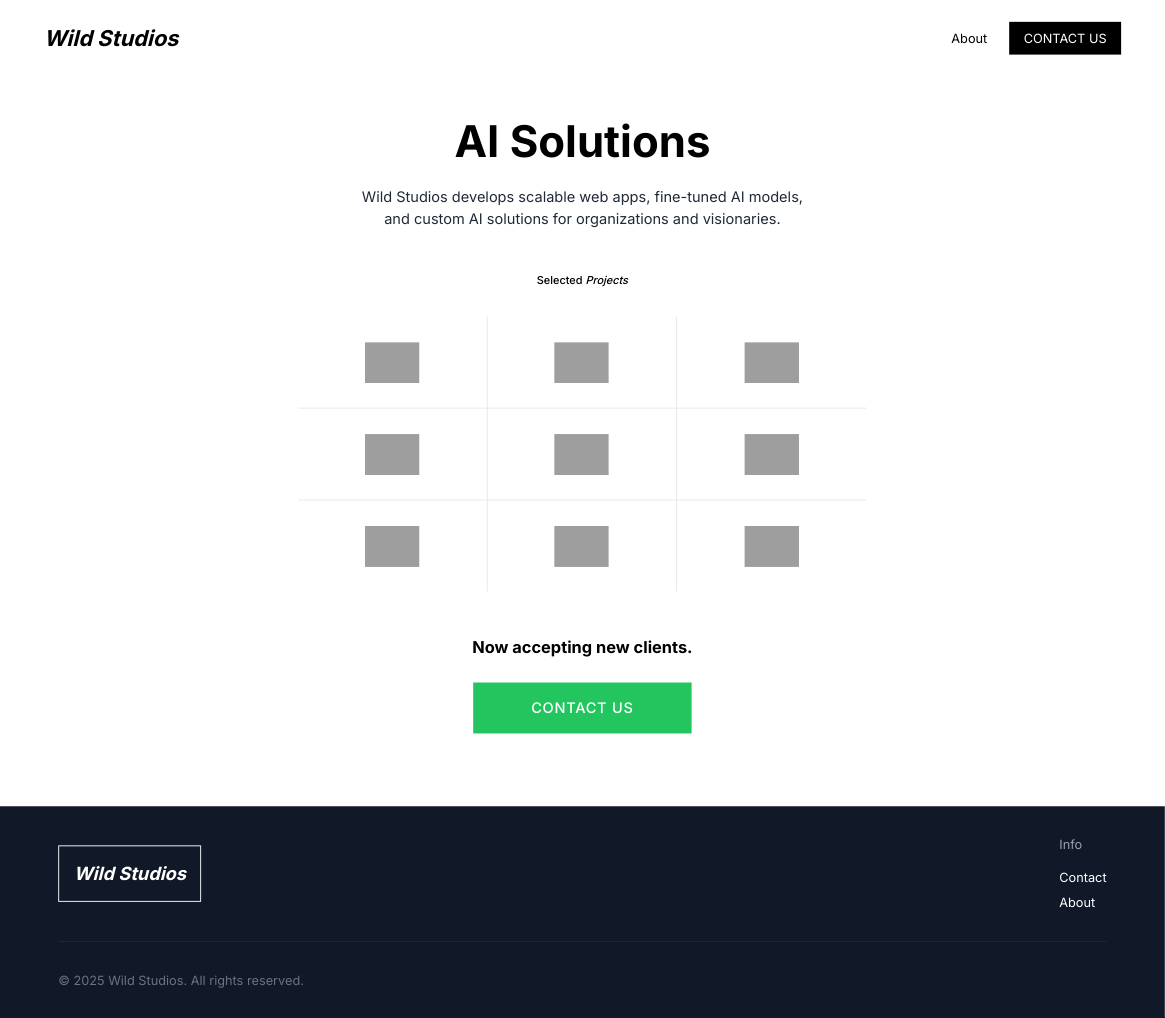
Repository: wpulier/wildstudio
Page: /
An editor plug-in stored every save of this project. The page is shown before and after the next save, followed by the edit.
The browser window is 1280 px wide. The pictures show the whole page, at 91% of full size.
Pictures or frames that could not be fetched are drawn as grey boxes. The project was rebuilt for these pictures with package versions that can differ from the ones it lists, and the page was loaded fresh each time. The framework's server and built-in components were replaced by stand-ins that run in the browser. Also part of the build but not shown: next.config.mjs.

Above is the page before, as saved 2025-03-01 14:18:58.

### src/app/layout.tsx
import type { Metadata } from "next";
import { Inter } from "next/font/google";
import "./globals.css";
import Footer from "./components/Footer";
import Navigation from "./components/Navigation";

const inter = Inter({ subsets: ["latin"] });

export const metadata: Metadata = {
  title: "Wild Studios | Design for the Digital Age",
  description: "Wild Studios designs products for the future. From digital interfaces to brand identities to immersive apps.",
};

export default function RootLayout({
  children,
}: Readonly<{
  children: React.ReactNode;
}>) {
  return (
    <html lang="en">
      <body className={inter.className}>
        <div className="flex flex-col min-h-screen">
          <Navigation />
          <main className="flex-grow mb-8">
            {children}
          </main>
          <Footer />
        </div>
      </body>
    </html>
  );
}

### src/app/page.tsx
import Link from 'next/link';
import { projects } from '@/data/projects';

export default function Home() {
  return (
    <>
      {/* Hero Section */}
      <section className="flex flex-col items-center justify-center text-center px-4 mt-8 md:mt-12">
        <h1 className="text-3xl md:text-5xl font-bold max-w-3xl">
          AI Solutions
        </h1>

        <p className="mt-4 md:mt-6 max-w-2xl text-center text-sm md:text-base text-gray-800">
          Wild Studios develops scalable web apps, fine-tuned AI models,<br />
          and custom AI solutions for organizations and visionaries.
        </p>
      </section>

      {/* Projects Grid Section */}
      <section className="px-4 md:px-6 py-12 mx-auto w-full max-w-2xl">
        <h2 className="text-xs font-medium text-center mb-8">
          Selected <span className="italic">Projects</span>
        </h2>

        {/* Project Grid */}
        <div className="mx-auto mb-12">
          <div className="grid grid-cols-3 mx-auto">
            {projects.map((project, index) => {
              const isRightBorder = index % 3 !== 2;
              const isBottomBorder = index < 6;

              return (
                <Link
                  key={index}
                  href={`/projects/${project.slug}`}
                  className={`
                    block
                    ${isRightBorder ? 'border-r border-gray-200' : ''}
                    ${isBottomBorder ? 'border-b border-gray-200' : ''}
                  `}
                >
                  <div className="h-[100px] w-full flex justify-center items-center group">
                    <img
                      src={project.logo}
                      alt={project.name}
                      className="w-[45%] h-[45%] object-contain transition-transform duration-200
                               group-hover:scale-110"
                    />
                  </div>
                </Link>
              );
            })}
          </div>
        </div>

        {/* CTA Section - Integrated with Projects section */}
        <div className="text-center mt-8">
          <p className="mb-6 font-bold text-lg">Now accepting new clients.</p>
          <Link
            href="/contact"
            className="inline-block bg-[#22c55e] hover:bg-[#16a34a] text-white py-4 px-16 uppercase tracking-wider text-base font-medium transition-colors duration-200"
          >
            CONTACT US
          </Link>
        </div>
      </section>
    </>
  );
}

### src/app/globals.css
@tailwind base;
@tailwind components;
@tailwind utilities;

:root {
  --foreground-rgb: 0, 0, 0;
  --background-rgb: 255, 255, 255;
}

body {
  color: rgb(var(--foreground-rgb));
  background: rgb(var(--background-rgb));
}

a {
  transition: color 0.2s ease;
}

button {
  transition: opacity 0.2s ease;
}

button:hover {
  opacity: 0.9;
}

### src/app/components/Footer.tsx
import Link from 'next/link';

export default function Footer() {
  return (
    <footer className="bg-gray-900 text-white py-6 md:py-8 px-4 md:px-12">
      <div className="max-w-6xl mx-auto">
        <div className="flex flex-col md:flex-row md:justify-between md:items-center">
          {/* Logo */}
          <div className="mb-6 md:mb-0">
            <div className="border border-white p-3 md:p-4 inline-block">
              <span className="text-lg md:text-xl italic font-bold">Wild Studios</span>
            </div>
          </div>

          {/* Simplified Navigation */}
          <div>
            <h4 className="text-xs md:text-sm text-gray-400 mb-2 md:mb-4">Info</h4>
            <ul className="space-y-1 md:space-y-2 text-sm">
              <li><Link href="/contact" className="hover:underline">Contact</Link></li>
              <li><Link href="/about" className="hover:underline">About</Link></li>
            </ul>
          </div>
        </div>

        <div className="mt-6 md:mt-8 pt-4 md:pt-8 border-t border-gray-800 text-xs md:text-sm text-gray-500">
          © {new Date().getFullYear()} Wild Studios. All rights reserved.
        </div>
      </div>
    </footer>
  );
}

### src/app/components/Navigation.tsx
import Link from 'next/link';

export default function Navigation() {
  return (
    <header className="flex justify-between items-center py-4 md:py-6 px-4 md:px-12">
      <Link href="/" className="text-xl md:text-2xl font-bold italic">
        Wild Studios
      </Link>
      <nav className="flex items-center space-x-3 md:space-x-6">
        <Link href="/about" className="text-sm hover:underline">About</Link>
        <Link href="/contact" className="text-sm bg-black text-white px-3 py-1.5 md:px-4 md:py-2">
          CONTACT US
        </Link>
      </nav>
    </header>
  );
}

### src/data/projects.ts
export interface Project {
  name: string;
  slug: string;
  logo: string;
  description: string;
}

export const projects: Project[] = [
  {
    name: "Spotify",
    slug: "spotify",
    logo: "https://upload.wikimedia.org/wikipedia/commons/thumb/8/84/Spotify_icon.svg/232px-Spotify_icon.svg.png",
    description: "Redesigning the listening experience"
  },
  {
    name: "Adobe",
    slug: "adobe",
    logo: "https://upload.wikimedia.org/wikipedia/commons/thumb/8/8d/Adobe_Corporate_Logo.png/220px-Adobe_Corporate_Logo.png",
    description: "Reimagining creative tools"
  },
  {
    name: "Tesla",
    slug: "tesla",
    logo: "https://upload.wikimedia.org/wikipedia/commons/thumb/b/bd/Tesla_Motors.svg/220px-Tesla_Motors.svg.png",
    description: "Future of automotive interfaces"
  },
  {
    name: "Airbnb",
    slug: "airbnb",
    logo: "https://upload.wikimedia.org/wikipedia/commons/thumb/6/69/Airbnb_Logo_B%C3%A9lo.svg/220px-Airbnb_Logo_B%C3%A9lo.svg.png",
    description: "Revolutionizing travel experiences"
  },
  {
    name: "Apple",
    slug: "apple",
    logo: "https://upload.wikimedia.org/wikipedia/commons/thumb/f/fa/Apple_logo_black.svg/220px-Apple_logo_black.svg.png",
    description: "Designing next-gen devices"
  },
  {
    name: "Slack",
    slug: "slack",
    logo: "https://upload.wikimedia.org/wikipedia/commons/thumb/d/d5/Slack_icon_2019.svg/220px-Slack_icon_2019.svg.png",
    description: "Transforming workplace communication"
  },
  {
    name: "Netflix",
    slug: "netflix",
    logo: "https://upload.wikimedia.org/wikipedia/commons/thumb/0/08/Netflix_2015_logo.svg/220px-Netflix_2015_logo.svg.png",
    description: "Reimagining streaming experiences"
  },
  {
    name: "Google",
    slug: "google",
    logo: "https://upload.wikimedia.org/wikipedia/commons/thumb/2/2f/Google_2015_logo.svg/220px-Google_2015_logo.svg.png",
    description: "Creating the search of tomorrow"
  },
  {
    name: "Twitter",
    slug: "twitter",
    logo: "https://upload.wikimedia.org/wikipedia/commons/thumb/6/6f/Logo_of_Twitter.svg/220px-Logo_of_Twitter.svg.png",
    description: "Redefining social conversations"
  }
];

### tailwind.config.js
/** @type {import('tailwindcss').Config} */
module.exports = {
  content: [
    "./src/app/**/*.{js,ts,jsx,tsx}",
    "./src/pages/**/*.{js,ts,jsx,tsx}",
    "./src/components/**/*.{js,ts,jsx,tsx}",
  ],
  theme: {
    extend: {},
  },
  plugins: [],
}

After the next save:
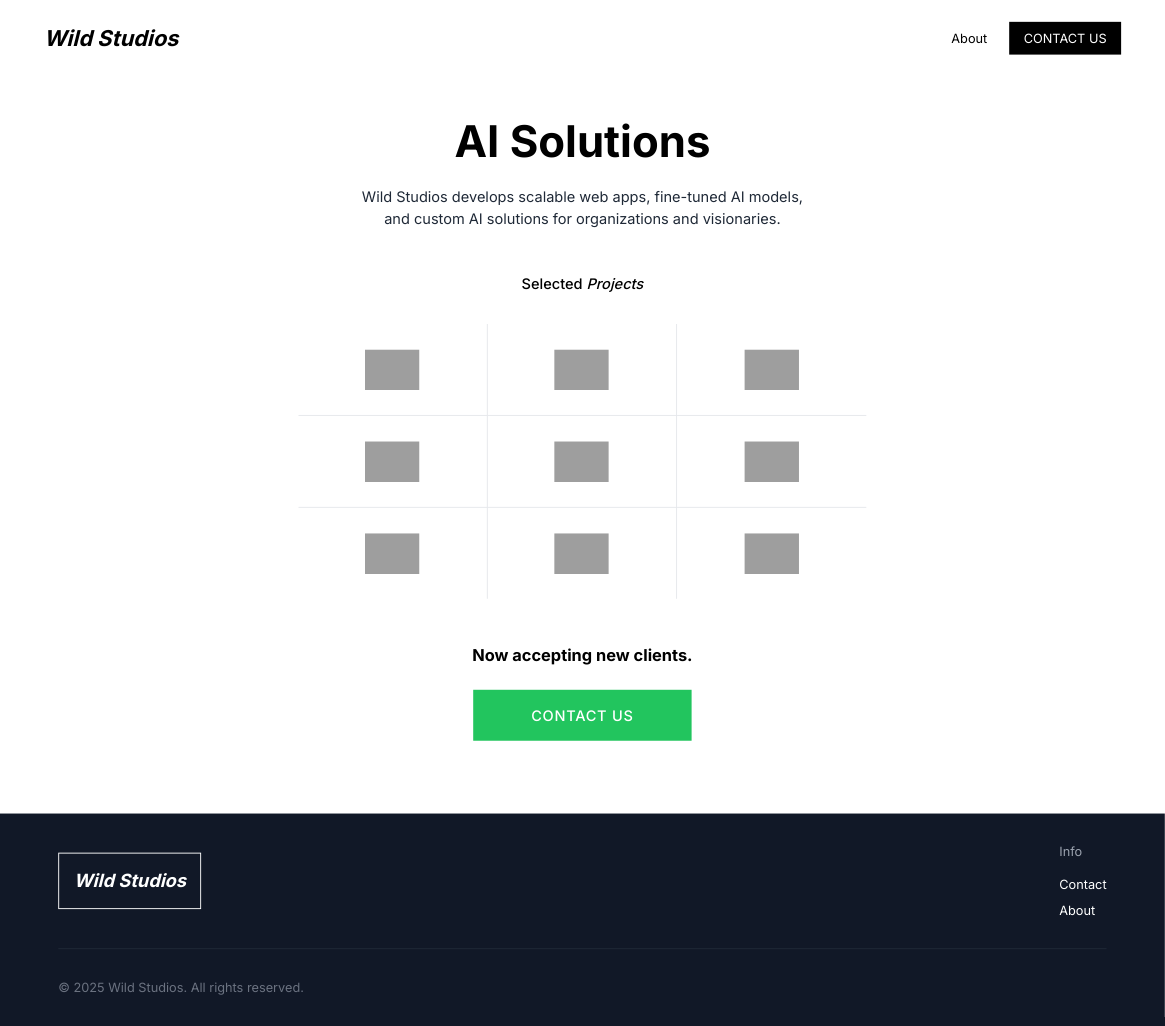
Saved 5 min 2 s later.
--- a/src/app/page.tsx
+++ b/src/app/page.tsx
@@ -18,7 +18,7 @@
 
       {/* Projects Grid Section */}
       <section className="px-4 md:px-6 py-12 mx-auto w-full max-w-2xl">
-        <h2 className="text-xs font-medium text-center mb-8">
+        <h2 className="text-s font-medium text-center mb-8">
           Selected <span className="italic">Projects</span>
         </h2>
 

After the save that followed:
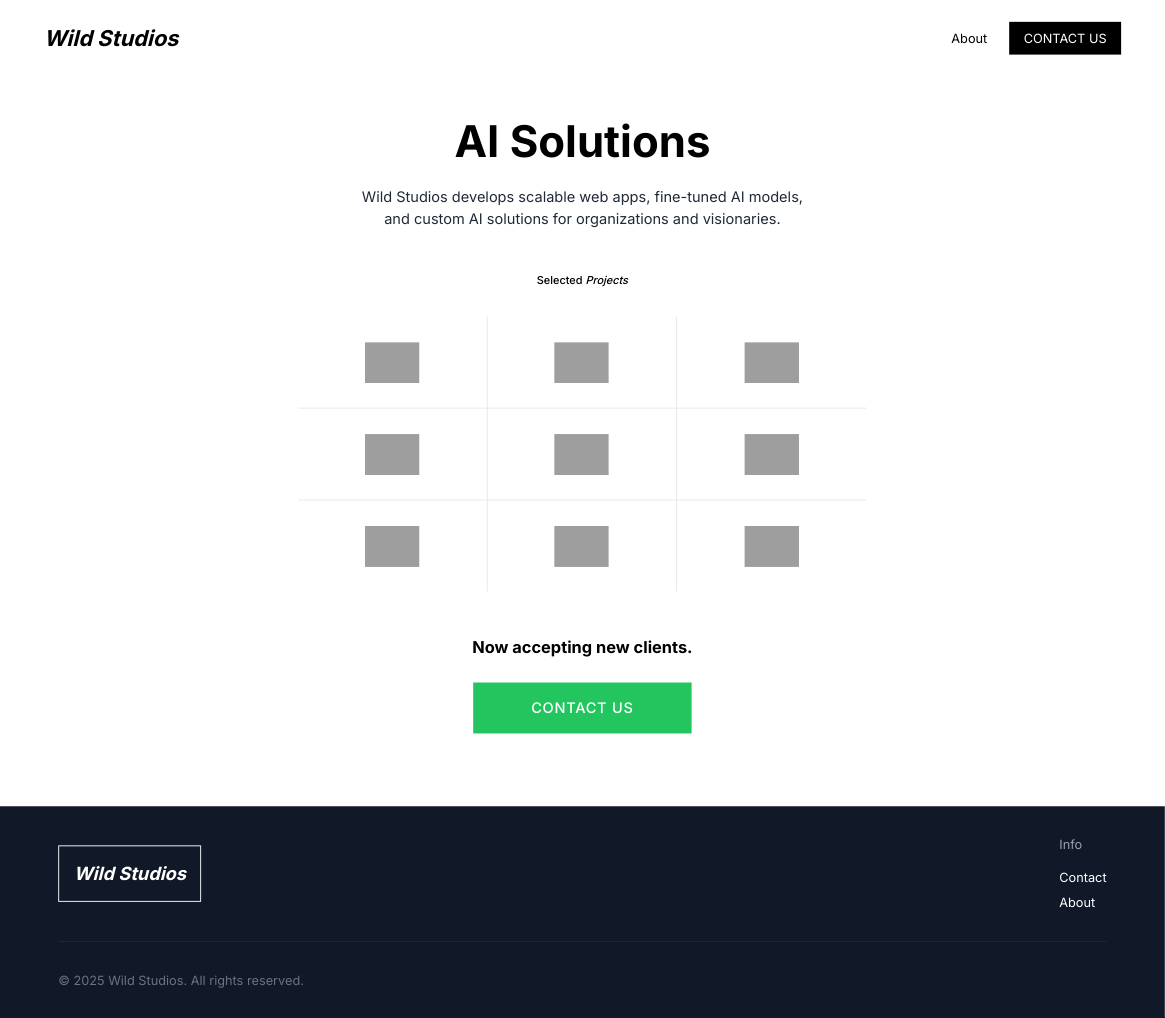
Saved 25 s later.
--- a/src/app/page.tsx
+++ b/src/app/page.tsx
@@ -18,7 +18,7 @@
 
       {/* Projects Grid Section */}
       <section className="px-4 md:px-6 py-12 mx-auto w-full max-w-2xl">
-        <h2 className="text-s font-medium text-center mb-8">
+        <h2 className="text-xs font-medium text-center mb-8">
           Selected <span className="italic">Projects</span>
         </h2>
 
